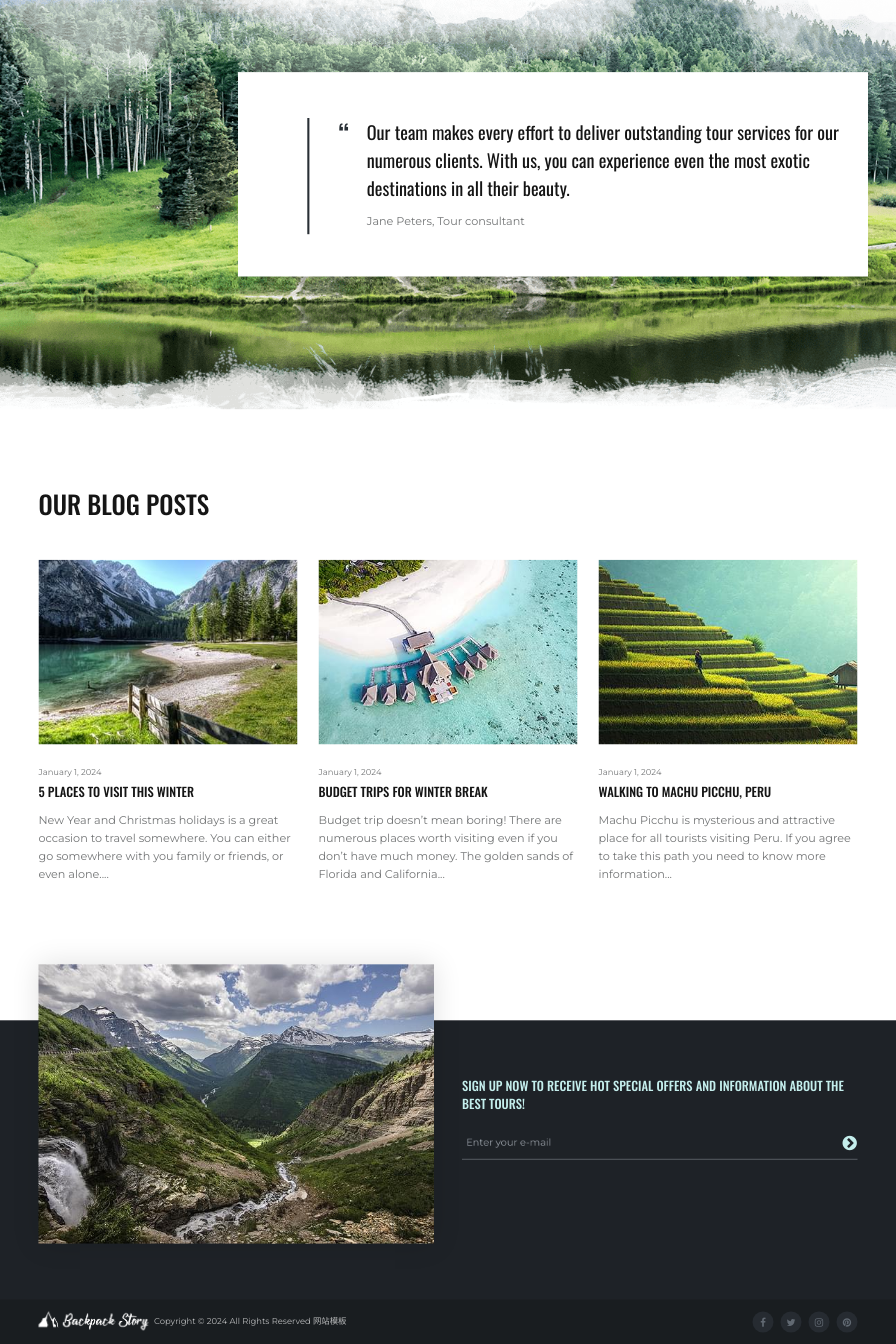
Repository: Jquarker/Modern-Film-Database
Page: index.html
The author's editor kept a copy of each file at every save. The page is drawn from the files as they stood at one save, then again after the next save.
The browser window is 1280 px wide. The pictures show the part of the page from y = 3862 to 5782 px (the page is 5782 px tall), at 70% of full size.

Above is the page before, as saved 2025-02-21 12:14:56.

### index.html
<!DOCTYPE html>
<html class="wide wow-animation" lang="en">
  <head>
    <title>Home</title>
    <meta charset="utf-8">
    <meta name="viewport" content="width=device-width, height=device-height, initial-scale=1.0">
    <meta http-equiv="X-UA-Compatible" content="IE=edge">
    <link rel="icon" href="images/favicon.ico" type="image/x-icon">
    <link rel="stylesheet" type="text/css" href="https://fonts.googleapis.com/css?family=Oswald:200,300,400,500,700%7CMontserrat:400,500,600">
    <link rel="stylesheet" href="css/bootstrap.css">
    <link rel="stylesheet" href="css/fonts.css">
    <link rel="stylesheet" href="css/style.css">
  </head>
  <body>
    <div class="preloader">
      <div class="preloader-body">
        <div class="cssload-container">
          <div class="cssload-speeding-wheel"></div>
        </div>
        <p>Loading...</p>
      </div>
    </div>
    <div class="page">
      <header class="section page-header">
        <!--RD Navbar-->
        <div class="rd-navbar-wrap">
          <nav class="rd-navbar rd-navbar-classic" data-layout="rd-navbar-fixed" data-sm-layout="rd-navbar-fixed" data-md-layout="rd-navbar-fixed" data-md-device-layout="rd-navbar-fixed" data-lg-layout="rd-navbar-static" data-lg-device-layout="rd-navbar-static" data-xl-layout="rd-navbar-static" data-xl-device-layout="rd-navbar-static" data-lg-stick-up-offset="46px" data-xl-stick-up-offset="46px" data-xxl-stick-up-offset="46px" data-lg-stick-up="true" data-xl-stick-up="true" data-xxl-stick-up="true">
            <div class="rd-navbar-collapse-toggle rd-navbar-fixed-element-1" data-rd-navbar-toggle=".rd-navbar-collapse"><span></span></div>
            <div class="rd-navbar-main-outer">
              <div class="rd-navbar-main">
                <!--RD Navbar Panel-->
                <div class="rd-navbar-panel">
                  <!--RD Navbar Toggle-->
                  <button class="rd-navbar-toggle" data-rd-navbar-toggle=".rd-navbar-nav-wrap"><span></span></button>
                  <!--RD Navbar Brand-->
                  <div class="rd-navbar-brand">
                    <!--Brand--><a class="brand" href="index.html"><p style="font-size: 30px; width: 400px; height:30px;">早期电影史料数据库</p></a>
                  </div>
                </div>
                <div class="rd-navbar-main-element">
                  <div class="rd-navbar-nav-wrap">
                    <ul class="rd-navbar-nav">
                      <li class="rd-nav-item active"><a class="rd-nav-link" href="index.html">Home</a>
                      </li>
                      <li class="rd-nav-item"><a class="rd-nav-link" href="about.html">About</a>
                      </li>
                      <li class="rd-nav-item"><a class="rd-nav-link" href="tours.html">Tours</a>
                        <ul class="rd-menu rd-navbar-dropdown">
                          <li class="rd-dropdown-item"><a class="rd-dropdown-link" href="single-tour.html">Single Tour</a>
                          </li>
                        </ul>
                      </li>
                      <li class="rd-nav-item"><a class="rd-nav-link" href="services.html">Services</a>
                        <ul class="rd-menu rd-navbar-dropdown">
                          <li class="rd-dropdown-item"><a class="rd-dropdown-link" href="single-service.html">Single Service</a>
                          </li>
                        </ul>
                      </li>
                      <li class="rd-nav-item"><a class="rd-nav-link" href="#">Pages</a>
                        <ul class="rd-menu rd-navbar-megamenu">
                          <li class="rd-megamenu-item">
                            <h6 class="rd-megamenu-title"><a href="pages-1.html">Pages 1</a></h6>
                            <ul class="rd-megamenu-list">
                              <li class="rd-megamenu-list-item"><a class="rd-megamenu-list-link" href="typography.html">Typography</a></li>
                              <li class="rd-megamenu-list-item"><a class="rd-megamenu-list-link" href="buttons.html">Buttons</a></li>
                              <li class="rd-megamenu-list-item"><a class="rd-megamenu-list-link" href="forms.html">Forms</a></li>
                              <li class="rd-megamenu-list-item"><a class="rd-megamenu-list-link" href="tabs-and-accordions.html">Tabs and accordions</a></li>
                              <li class="rd-megamenu-list-item"><a class="rd-megamenu-list-link" href="progress-bars.html">Progress bars</a></li>
                              <li class="rd-megamenu-list-item"><a class="rd-megamenu-list-link" href="tables.html">Tables</a></li>
                            </ul>
                          </li>
                          <li class="rd-megamenu-item">
                            <h6 class="rd-megamenu-title">Pages 2</h6>
                            <ul class="rd-megamenu-list">
                              <li class="rd-megamenu-list-item"><a class="rd-megamenu-list-link" href="grid-system.html">Grid system</a></li>
                              <li class="rd-megamenu-list-item"><a class="rd-megamenu-list-link" href="privacy-policy.html">Privacy policy</a></li>
                              <li class="rd-megamenu-list-item"><a class="rd-megamenu-list-link" href="search-results.html">Search results</a></li>
                              <li class="rd-megamenu-list-item"><a class="rd-megamenu-list-link" href="under-construction.html">Under-construction</a></li>
                            </ul>
                          </li>
                        </ul>
                      </li>
                      <li class="rd-nav-item"><a class="rd-nav-link" href="contacts.html">Contacts</a>
                      </li>
                    </ul>
                  </div>
                  <!--RD Navbar Search-->
                  <div class="rd-navbar-search">
                    <button class="rd-navbar-search-toggle rd-navbar-fixed-element-2" data-rd-navbar-toggle=".rd-navbar-search"><span></span></button>
                    <form class="rd-search" action="search-results.html" data-search-live="rd-search-results-live" method="GET">
                      <div class="form-wrap">
                        <label class="form-label" for="rd-navbar-search-form-input">Search...</label>
                        <input class="rd-navbar-search-form-input form-input" id="rd-navbar-search-form-input" type="text" name="s" autocomplete="off">
                        <div class="rd-search-results-live" id="rd-search-results-live"></div>
                      </div>
                      <button class="rd-search-form-submit fa-search" type="submit"></button>
                    </form>
                  </div>
                </div>
              </div>
            </div>
          </nav>
        </div>
      </header>
      <!--Swiper-->
      <section class="section swiper-container swiper-slider swiper-slider-1" data-autoplay="5000" data-swiper='{"simulateTouch":false,"speed":500}'>
        <div class="swiper-wrapper text-center">
          <div class="swiper-slide context-dark" data-slide-bg="images/test1.png"><!--宣传图-->
            <div class="swiper-slide-caption section-md">
              <div class="container">
                <div class="row justify-content-lg-center">
                  <div class="col-lg-8">
                    <!--<div class="intro-box">
                      <div class="intro-box__floating-text">Journey</div>
                      <div class="intro-box__title"><span data-caption-animate="fadeInUp" data-caption-delay="200">Exploring</span><span data-caption-animate="fadeInUp" data-caption-delay="300">the world</span></div>
                      <div class="intro-box__video" data-caption-animate="fadeInUp" data-caption-delay="400"><a href="#" data-lightgallery="item">Watch the video</a></div>
                    </div>-->
                  </div>
                </div>
              </div>
            </div>
          </div>
          <div class="swiper-slide context-dark" data-slide-bg="images/test2.png">
            <div class="swiper-slide-caption section-md">
              <div class="container">
                <div class="row justify-content-lg-center">
                  <div class="col-lg-8">
                    <!--<div class="intro-box">
                      <div class="intro-box__floating-text">Journey</div>
                      <div class="intro-box__title"><span data-caption-animate="fadeInUp" data-caption-delay="200">Best</span><span data-caption-animate="fadeInUp" data-caption-delay="300">Destinations</span></div>
                      <div class="intro-box__video" data-caption-animate="fadeInUp" data-caption-delay="400"><a href="#" data-lightgallery="item">Watch the video</a></div>
                    </div>-->
                  </div>
                </div>
              </div>
            </div>
          </div>
          <div class="swiper-slide context-dark" data-slide-bg="images/test3.png">
            <div class="swiper-slide-caption section-md">
              <div class="container">
                <div class="row justify-content-lg-center">
                  <div class="col-lg-8">
                    <!--<div class="intro-box">
                      <div class="intro-box__floating-text">Journey</div>
                      <div class="intro-box__title"><span data-caption-animate="fadeInUp" data-caption-delay="200">Memorable</span><span data-caption-animate="fadeInUp" data-caption-delay="300">Experiences</span></div>
                      <div class="intro-box__video" data-caption-animate="fadeInUp" data-caption-delay="400"><a href="#" data-lightgallery="item">Watch the video</a></div>
                    </div>-->
                  </div>
                </div>
              </div>
            </div>
          </div>
        </div>
        <!--Swiper Pagination-->
        <div class="swiper-pagination"></div>
        <!--Swiper Navigation-->
        <div class="swiper-button-prev fa-arrow-left"></div>
        <div class="swiper-button-next fa-arrow-right"></div>
      </section>
      <!--Way to Travel-->
      <section class="section section-custom-1 bg-image-1">
        <div class="container">
          <div class="row row-30">
            <div class="col-xl-5 position-relative">
              <h2><span class="wow fadeInLeft d-xl-block">Explore a different</span><span class="wow fadeInLeft d-xl-block" data-wow-delay=".2s">way to travel</span></h2>
              <p class="wow fadeInLeft offset-xl" data-wow-delay=".3s">Discover new cultures and have a wonderful rest with Backpack Story! Select the country you’d like to visit and provide our agents with estimated time – they’ll find and offer the most suitable tours and hotels.</p>
              <p class="wow fadeInLeft" data-wow-delay=".4s">During our work, we organized countless journeys for our clients. We started as a small tour bureau, and soon we expanded our offers list. Today we have valuable experience travelling and we can advise the most stunning resorts, cities and countries to visit!</p>
              <div class="offset-top-25 wow fadeInUp" data-wow-delay=".5s"><img src="images/signature-1-113x66.png" alt="" width="113" height="66"/>
              </div>
            </div>
            <div class="col-xl-7 position-relative">
              <div class="image-box inset-xl-1 wow fadeInUp">
                <div class="image-box__static"><img src="images/img-2-home-364x459.jpg" alt="" width="364" height="459"/>
                </div>
                <div class="image-box__float"><img src="images/img-1-home-364x459.jpg" alt="" width="364" height="459"/>
                </div>
              </div>
            </div>
          </div>
        </div>
      </section>
      <!--Call to action creative-->
      <section class="section bg-image-2 section-lg">
        <div class="container">
          <div class="row row-30 flex-column-reverse flex-lg-row">
            <div class="col-lg-4 d-flex flex-column justify-content-lg-center justify-content-xl-end wow fadeInLeft z-index align-items-center"><a class="floating-video-box" href="#" data-lightgallery="item"><img src="images/video-overlay-370x288.jpg" alt="" width="370" height="288"/><span class="icon fa fa-play"></span></a></div>
            <div class="col-lg-8 column-bg-1">
              <div class="quote-classic-wrap">
                <div class="heading-4 wow fadeInUp">At Backpack Story, we personally plan and create all our tours to offer flexibility and unique impressions that you won't get anywhere else. Moreover, each tour is tailor-made for our customers to provide the experience they are looking for.</div>
                <p class="fst-italicwow fadeInUp" data-wow-delay=".2s">John Wilson, Agency director</p>
              </div>
            </div>
          </div>
        </div>
      </section>
      <!--Advantages-->
      <section class="section section-md bg-default">
        <div class="container">
          <div class="row row-30">
            <div class="col-lg-4 wow fadeInUp" data-wow-delay=".2s">
              <h2><a href="#">01. best Hotels</a></h2>
              <p class="offset-xl">We guarantee the best hotels and very comfortable rooms, which will be appreciated by every traveller. You will be absolutely happy with the hotel and will have a wonderful vacation there.</p>
            </div>
            <div class="col-lg-4 wow fadeInUp" data-wow-delay=".3s">
              <h2><a href="#">02. Tourist Guide</a></h2>
              <p class="offset-xl">We provide our clients with such a service as Tourist Guide. Its main goal is to ensure people with all necessary information any time it's needed. This service is similar to Customer Support with emphasis on travelling.</p>
            </div>
            <div class="col-lg-4 wow fadeInUp" data-wow-delay=".4s">
              <h2><a href="#">03. Flights Tickets</a></h2>
              <p class="offset-xl">You can book tickets on any plane online via our booking system. Here you have an opportunity to select your transport operator. Our representatives will help you with the details.</p>
            </div>
          </div>
        </div>
      </section>
      <!--Tours-->
      <section class="section section-lg bg-image-3">
        <div class="creative-bg">
          <div class="container">
            <div class="row justify-content-center" data-lightgallery="group">
              <div class="col-sm-4">
                <a class="info-box-classic" href="images/4_1.jpg" data-lightgallery="item">
                  <img src="images/4_1.jpg" alt="" class="img-fluid" width="370" height="510"/>
                  <div class="info-box-classic__description">
                    <div class="heading-4">透明的上海</div>
                  </div>
                </a>
              </div>
              <div class="col-sm-4">
                <a class="info-box-classic" href="images/4_2.jpg" data-lightgallery="item">
                  <img src="images/4_2.jpg" alt="" class="img-fluid" width="370" height="510"/>
                  <div class="info-box-classic__description">
                    <div class="heading-4">希望在人间</div>
                  </div>
                </a>
              </div>
              <div class="col-sm-4">
                <a class="info-box-classic" href="images/4_3.jpg" data-lightgallery="item">
                  <img src="images/4_3.jpg" alt="" class="img-fluid" width="370" height="510"/>
                  <div class="info-box-classic__description">
                    <div class="heading-4">金粉霓裳</div>
                  </div>
                </a>
              </div>
            </div>
          </div>
        </div>
      </section>
      <!--Info Section-->
      <section class="section section-md bg-default">
        <div class="container">
          <h2>早期影片专题数据库</h2>
          <div class="row row-40 offset-lg">
            <div class="col-xl-6 wow fadeInLeft">
              <p>于影史长河中打捞起一帧帧历史影像意义重大，中国早期电影于光影流动之间默默陈述着政治、经济、文化、军事等多重场域的关联与互构。影片专题库数据除电影名称、出品年份、主创人员、创作历程等基本信息梳理外，对影片相关的影像资料、拷贝实物、电影剧本、图片资料、口述采访、典章记载、著述文论等重要史料进行再度考证整编，极力展拓影片的史料维度，以期为重述影史提供更为宽泛有力的实证性基础。</p>
            </div>
          </div>
          <h2>Early Film Special Database</h2>
          <div class="row row-40 offset-lg">
            <div class="col-xl-6 wow fadeInLeft">
              <p>Picking up frames of historical images in the long river of film history is of great significance. Early Chinese films
              silently state the connections and constructions of multiple fields such as politics, economy, culture, and military
              through the flow of light and shadow. In addition to sorting out basic information such as the film name, production
              year, main creators, and creative process, the film thematic database also re examines and compiles important historical
              materials related to the film, including visual materials, physical copies, film scripts, image materials, oral
              interviews, legal records, and written essays, in order to expand the historical dimensions of the film and provide a
              broader and more powerful empirical basis for retelling film history.
              </p>
            </div>
          </div>
        </div>
      </section>
      <section class="section section-lg bg-image-4">
        <div class="container">
          <div class="row justify-content-xl-end">
            <div class="col-xl-9 column-bg-2">
              <div class="quote-classic-wrap">
                <div class="heading-4 wow fadeInUp">Our team makes every effort to deliver outstanding tour services for our numerous clients. With us, you can experience even the most exotic destinations in all their beauty.</div>
                <p class="fst-italicwow fadeInUp" data-wow-delay=".2s">Jane Peters, Tour consultant</p>
              </div>
            </div>
          </div>
        </div>
      </section>
      <!--Blog Post-->
      <section class="section section-lg">
        <div class="container">
          <h2 class="text-center text-md-start">Our blog posts</h2>
          <div class="row row-30">
            <div class="col-lg-4 col-md-6">
              <div class="post-classic"><a class="post-classic__media" href="#"><img src="images/blog-post-1-370x264.jpg" alt="" width="370" height="264"/></a>
                <div class="post-classic-caption"><span>January 1, 2024</span>
                  <h5><a href="#">5 PLACES TO VISIT THIS WINTER</a></h5>
                  <p>New Year and Christmas holidays is a great occasion to travel somewhere. You can either go somewhere with you family or friends, or even alone....</p>
                </div>
              </div>
            </div>
            <div class="col-lg-4 col-md-6">
              <div class="post-classic"><a class="post-classic__media" href="#"><img src="images/blog-post-2-370x264.jpg" alt="" width="370" height="264"/></a>
                <div class="post-classic-caption"><span>January 1, 2024</span>
                  <h5><a href="#">Budget Trips for Winter Break</a></h5>
                  <p>Budget trip doesn’t mean boring! There are numerous places worth visiting even if you don’t have much money. The golden sands of Florida and California...</p>
                </div>
              </div>
            </div>
            <div class="col-lg-4 col-md-6">
              <div class="post-classic"><a class="post-classic__media" href="#"><img src="images/blog-post-3-370x264.jpg" alt="" width="370" height="264"/></a>
                <div class="post-classic-caption"><span>January 1, 2024</span>
                  <h5><a href="#">Walking to Machu Picchu, Peru</a></h5>
                  <p>Machu Picchu is mysterious and attractive place for all tourists visiting Peru. If you agree to take this path you need to know more information...</p>
                </div>
              </div>
            </div>
          </div>
        </div>
      </section>
      <!--Footer-->
      <footer class="section footer-classic context-dark">
        <div class="container">
          <div class="row row-narrow-40 row-30">
            <div class="col-lg-6 text-center wow fadeInLeft" data-wow-delay=".1s">
              <div class="footer-media"><img src="images/footer-img-570x402.jpg" alt="" width="570" height="402"/>
              </div>
            </div>
            <div class="col-lg-6 wow fadeInRight" data-wow-delay=".2s">
              <div class="footer-classic_subscribe">

                <h5 class="text-primary">SIGN UP NOW TO RECEIVE HOT SPECIAL OFFERS AND INFORMATION ABOUT THE BEST TOURS!</h5>
                <form class="rd-form rd-mailform rd-form-inline subscribe-form" data-form-output="form-output-global" data-form-type="subscribe" method="post" action="bat/rd-mailform.php">
                  <div class="form-wrap">
                    <input class="form-input" id="subscribe-form-email-5" type="email" name="email" data-constraints="@Email @Required">
                    <label class="form-label" for="subscribe-form-email-5">Enter your e-mail</label>
                    <div class="form-button">
                      <button class="button button-primary fa fa-chevron-circle-right" type="submit"></button>
                    </div>
                  </div>
                </form>
              </div>
            </div>
          </div>
        </div>
        <div class="footer-classic-aside">
          <div class="container">
            <div class="row justify-content-between flex-column-reverse flex-md-row row-20">
              <div class="col-xl-6 col-md-8">
                <div class="footer-classic-aside__group">
                  <!--Brand--><a class="brand" href="index.html"><img class="brand-logo-dark" src="images/logo-default-225x39.png" alt="" width="112" height="19"/><img class="brand-logo-light" src="images/logo-default-225x39.png" alt="" width="112" height="19"/></a>
                  <p class="rights"><span>Copyright</span><span>&nbsp;</span><span>&copy;&nbsp;</span><span class="copyright-year"></span><span>&nbsp;</span><span>All Rights Reserved</span> <a target="_blank" href="https://www.mobanwang.com/" title="网站模板">网站模板</a></p>
                </div>
              </div>
              <div class="col-xl-3 col-md-4">
                <ul class="social-list">
                  <li class="wow fadeInUp" data-wow-delay=".1s"><a href="#"><span class="icon fa fa-facebook"></span></a></li>
                  <li class="wow fadeInUp" data-wow-delay=".2s"><a href="#"><span class="icon fa fa-twitter"></span></a></li>
                  <li class="wow fadeInUp" data-wow-delay=".3s"><a href="#"><span class="icon fa fa-instagram"></span></a></li>
                  <li class="wow fadeInUp" data-wow-delay=".4s"><a href="#"><span class="icon fa fa-pinterest"></span></a></li>
                </ul>
              </div>
            </div>
          </div>
        </div>
      </footer>
    </div>
    <div class="snackbars" id="form-output-global"></div>
    <script src="js/core.min.js"></script>
    <script src="js/script.js"></script>
  </body>
</html>

Loaded but not shown: css/bootstrap.css (library); css/fonts.css (library); css/style.css (library); js/core.min.js (library); js/script.js (1533 lines, source omitted)

After the next save:
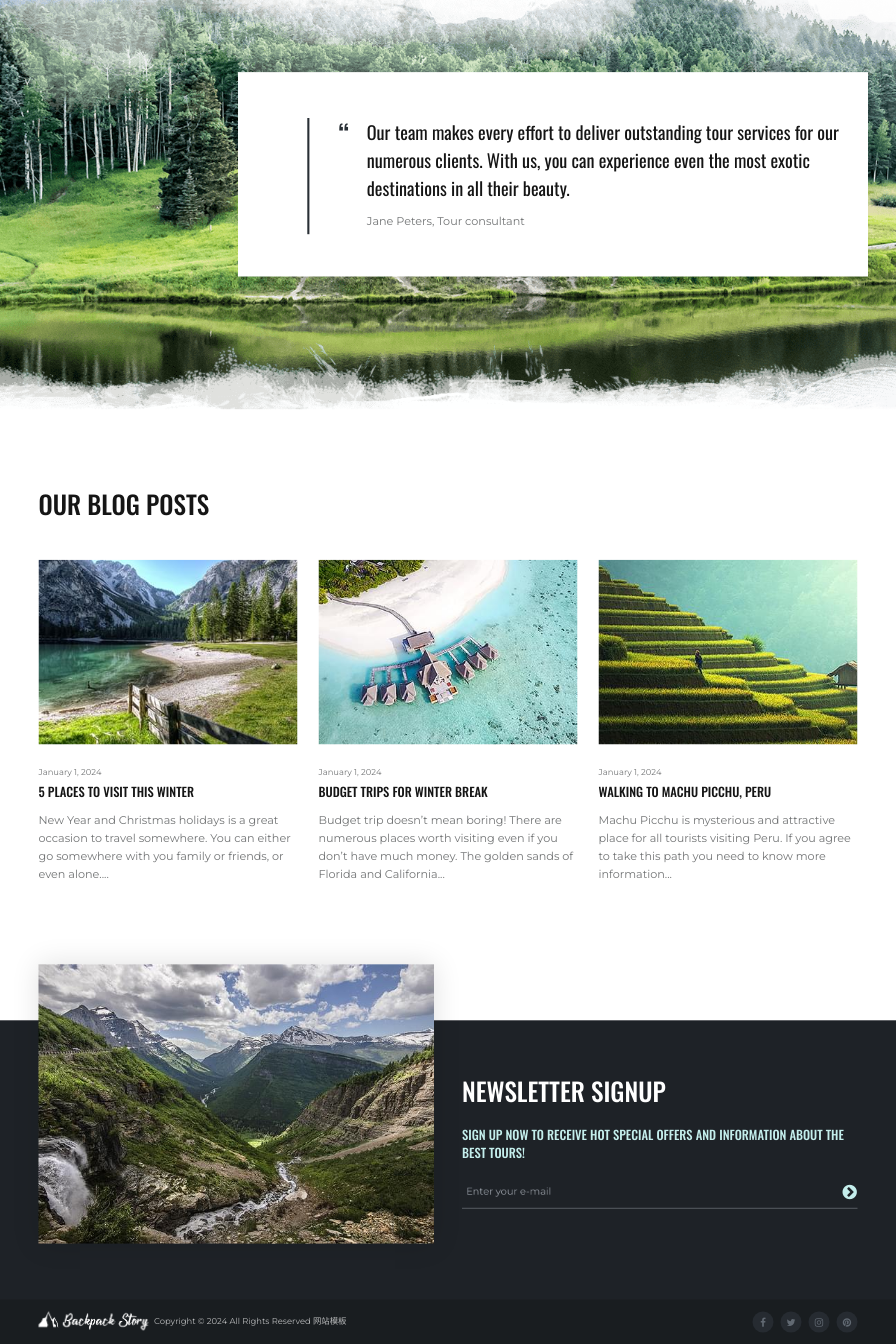
Saved 6 s later.
--- a/index.html
+++ b/index.html
@@ -323,7 +323,7 @@
             </div>
             <div class="col-lg-6 wow fadeInRight" data-wow-delay=".2s">
               <div class="footer-classic_subscribe">
-
+                <h2>Newsletter Signup</h2>
                 <h5 class="text-primary">SIGN UP NOW TO RECEIVE HOT SPECIAL OFFERS AND INFORMATION ABOUT THE BEST TOURS!</h5>
                 <form class="rd-form rd-mailform rd-form-inline subscribe-form" data-form-output="form-output-global" data-form-type="subscribe" method="post" action="bat/rd-mailform.php">
                   <div class="form-wrap">
